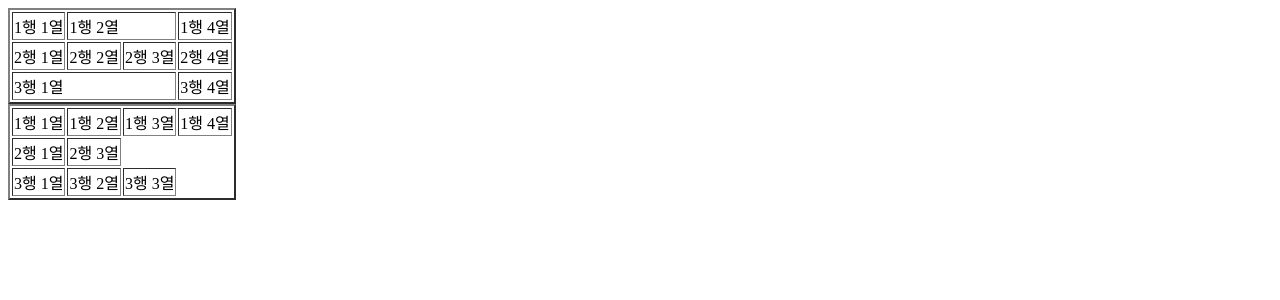
Repository: jaehyeon0418/workspace123
Page: w1024/src/main/webapp/w1024_07.html
These files come from the project's save history. The page is drawn as it stood at one moment and after the next save; the edit follows.
The browser window is 1280 px wide. The pictures show the whole page.

Above is the page before, as saved 2022-10-24 03:29:52.

After the next save:
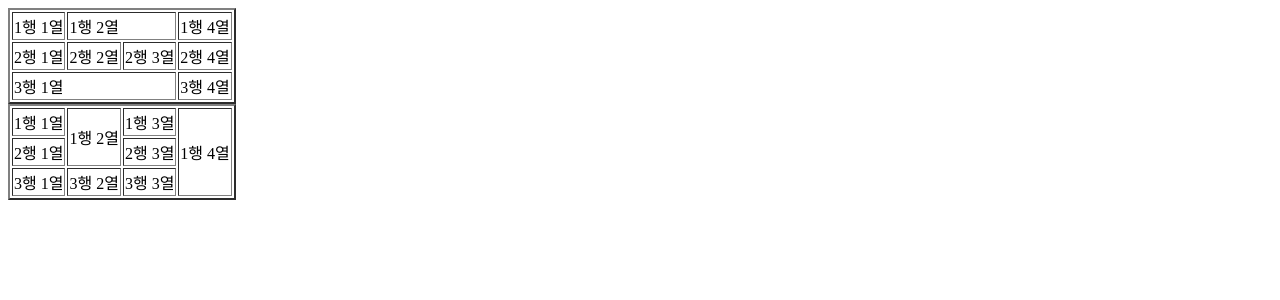
Saved 37 s later.
--- a/w1024/src/main/webapp/w1024_07.html
+++ b/w1024/src/main/webapp/w1024_07.html
@@ -35,9 +35,9 @@
 	<table border="2">
 		<tr>
 			<td>1행 1열</td>
-			<td lowspan ="2">1행 2열</td>
+			<td rowspan ="2">1행 2열</td>
 			<td>1행 3열</td>
-			<td lowspan ="4">1행 4열</td>
+			<td rowspan ="4">1행 4열</td>
 		</tr>
 
 		<tr>
